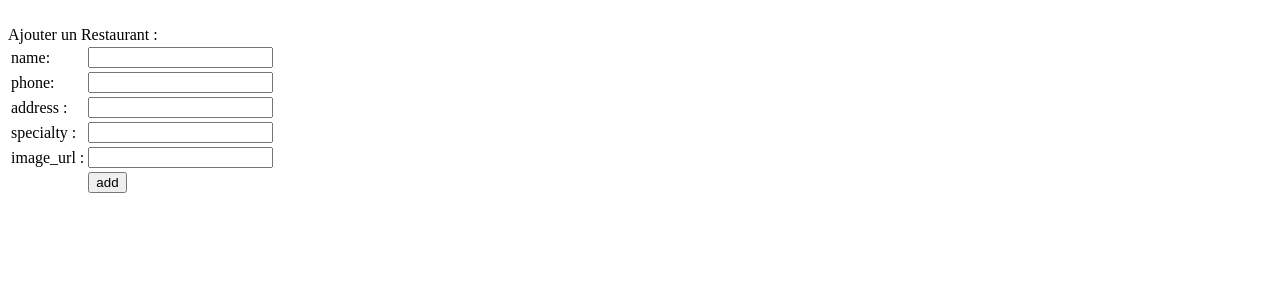
Repository: eyaajili/j2ee
Page: http://localhost/projet_j2ee/addRestaurant.jsp
These files come from the project's save history. The page is drawn as it stood at one moment and after the next save; the edit follows.
The browser window is 1280 px wide. The pictures show the whole page.
The page is served by Tomcat 9.

Above is the page before, as saved 2023-04-29 10:09:08.

After the next save:
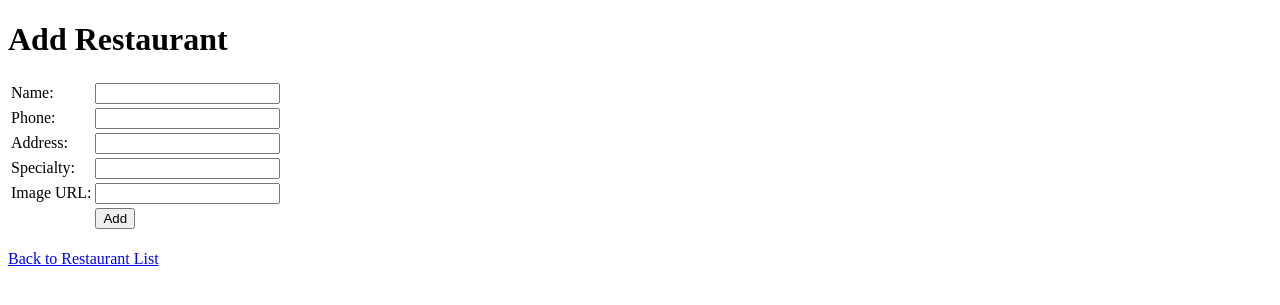
Saved 3 min 15 s later.
--- a/projet j2ee/src/main/webapp/addRestaurant.jsp
+++ b/projet j2ee/src/main/webapp/addRestaurant.jsp
@@ -6,41 +6,41 @@
 <html>
 <head>
 <meta charset="ISO-8859-1">
-<title>New Restaurant</title>
+<title>Add Restaurant</title>
 </head>
-	<body>
+<body>
+<h1>Add Restaurant</h1>
+<form method="get" action="Servlet">
+	<table>
+		<tr>
+			<td>Name:</td>
+			<td><input name="name" type="text"></td>
+		</tr>
+		<tr>
+			<td>Phone:</td>
+			<td><input name="phone" type="text"></td>
+		</tr>
+		<tr>
+			<td>Address:</td>
+			<td><input name="address" type="text"></td>
+		</tr>
+			<tr>
+			<td>Specialty:</td>
+			<td><input name="specialty" type="text"></td>
+		</tr>
+        <tr>
+             <td>Image URL:</td>
+             <td><input name="imageUrl" type="text"></td>
+       </tr>
 
-	   <br/>
-	   Ajouter un Restaurant : <br/>
-
-	   <form method="get" action="Servlet">
-			<table>
-				<tr>
-					<td> name: </td>
-					<td> <input name="name" type="text"> </td>
-				</tr>
-				<tr>
-					<td> phone: </td>
-					<td> <input name="phone" type="text"> </td>
-				</tr>
-				<tr>
-					<td> address : </td>
-					<td> <input name="address" type="text"> </td>
-				</tr>
-				<tr>
-					<td> specialty : </td>
-					<td> <input name="image_url" type="text"> </td>
-				</tr>
-				<tr>
-					<td> image_url : </td>
-					<td> <input name="specialty" type="text"  > </td>
-				</tr>
-				<tr>
-					<td> </td>
-					<td> <input name="action" value="add" type="submit"> </td>
-				</tr>
-			</table>
-
-		</form>
-	</body>
+		<tr>
+			<td></td>
+			<td><input type="submit" value="Add"></td>
+		</tr>
+	</table>
+	<input type="hidden" name="action" value="addRestaurant">
+</form>
+<br>
+<a href="Servlet?action=listRestaurant">Back to Restaurant List</a>
+</body>
 </html>
